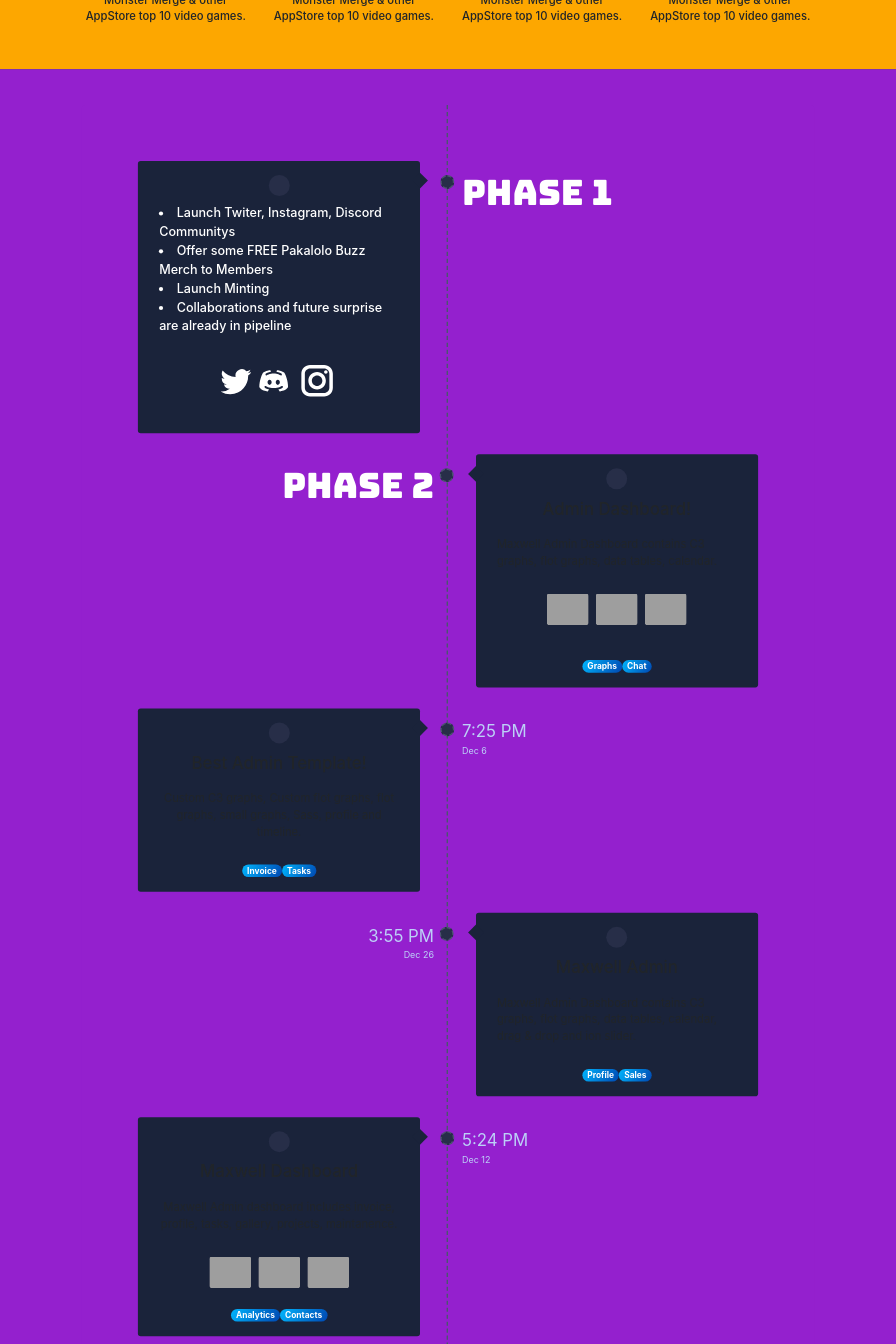
Repository: danishmahmoodawan/Pakalolo_buzz
Page: /
An editor plug-in stored every save of this project. The page is shown before and after the next save, followed by the edit.
The browser window is 1280 px wide. The pictures show the part of the page from y = 2770 to 4690 px (the page is 6752 px tall before and 6712 px after), at 70% of full size.
Pictures or frames that could not be fetched are drawn as grey boxes. The project was rebuilt for these pictures with package versions that can differ from the ones it lists, and the page was loaded fresh each time. Also part of the build but not shown: craco.config.js.

Above is the page before, as saved 2022-04-29 02:27:36.

After the next save:
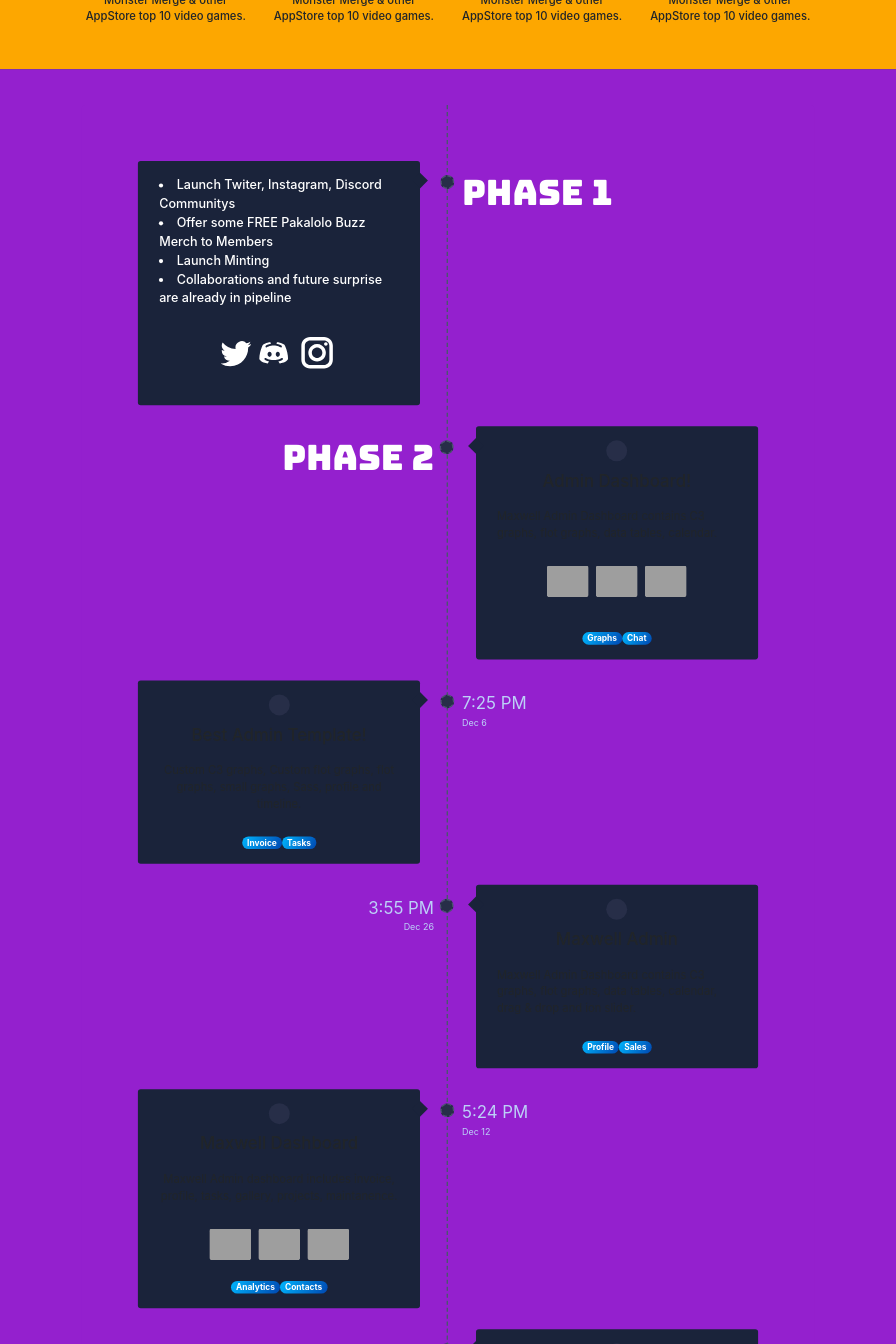
Saved 7 s later.
--- a/src/pages/Home.js
+++ b/src/pages/Home.js
@@ -180,7 +180,6 @@
 				<h3 class="heading_h1 ">Phase 1</h3>
 			</div>
 			<div class="timeline-content">
-				<i class="icon-attachment"></i>
 				<p class="timeline_phase text-left">
                 <li>Launch Twiter, Instagram, Discord Communitys</li>
                 <li>Offer some FREE Pakalolo Buzz Merch to Members</li>

After the save that followed:
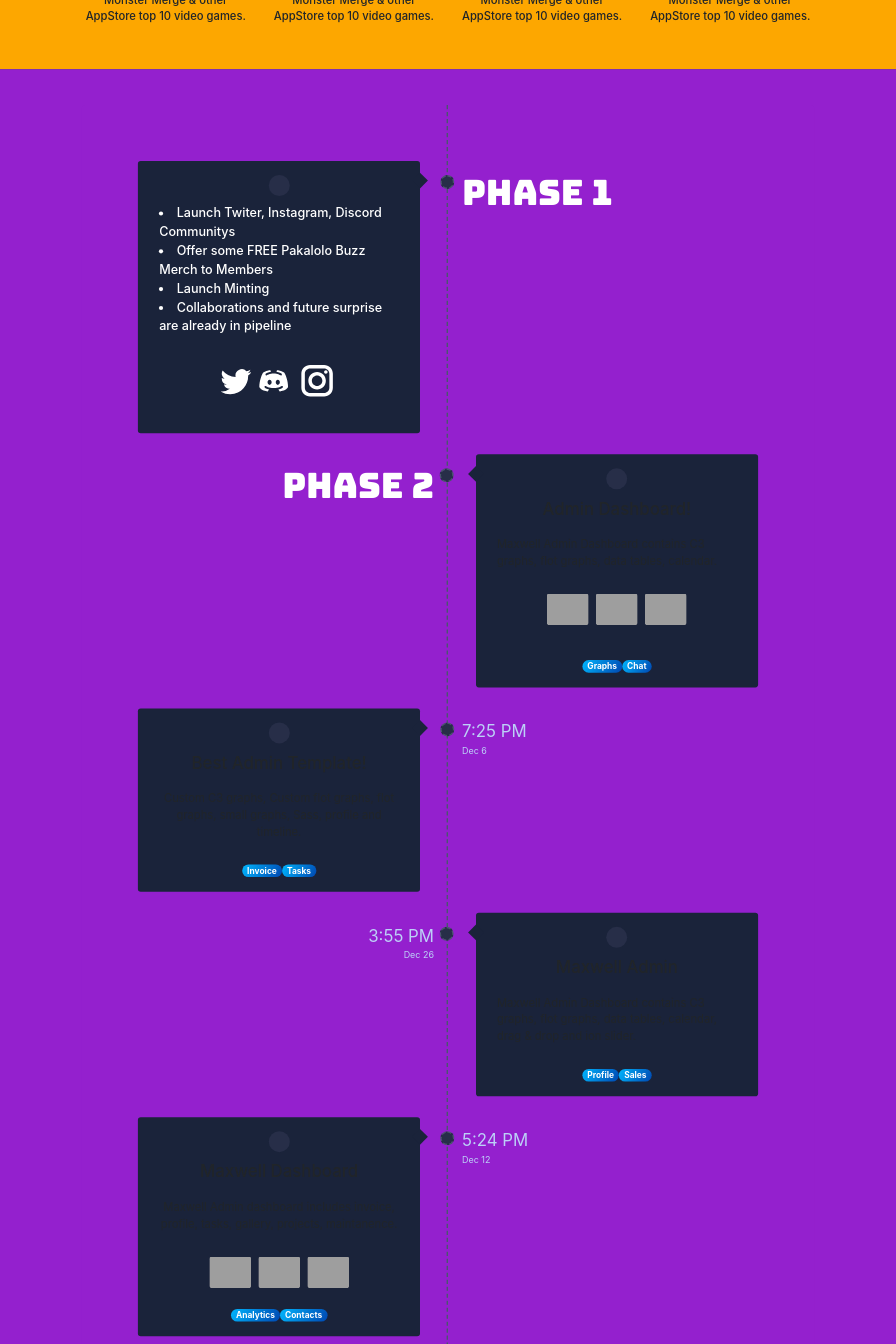
Saved 6 s later.
--- a/src/pages/Home.js
+++ b/src/pages/Home.js
@@ -180,6 +180,7 @@
 				<h3 class="heading_h1 ">Phase 1</h3>
 			</div>
 			<div class="timeline-content">
+				<i class="icon-attachment"></i>
 				<p class="timeline_phase text-left">
                 <li>Launch Twiter, Instagram, Discord Communitys</li>
                 <li>Offer some FREE Pakalolo Buzz Merch to Members</li>
